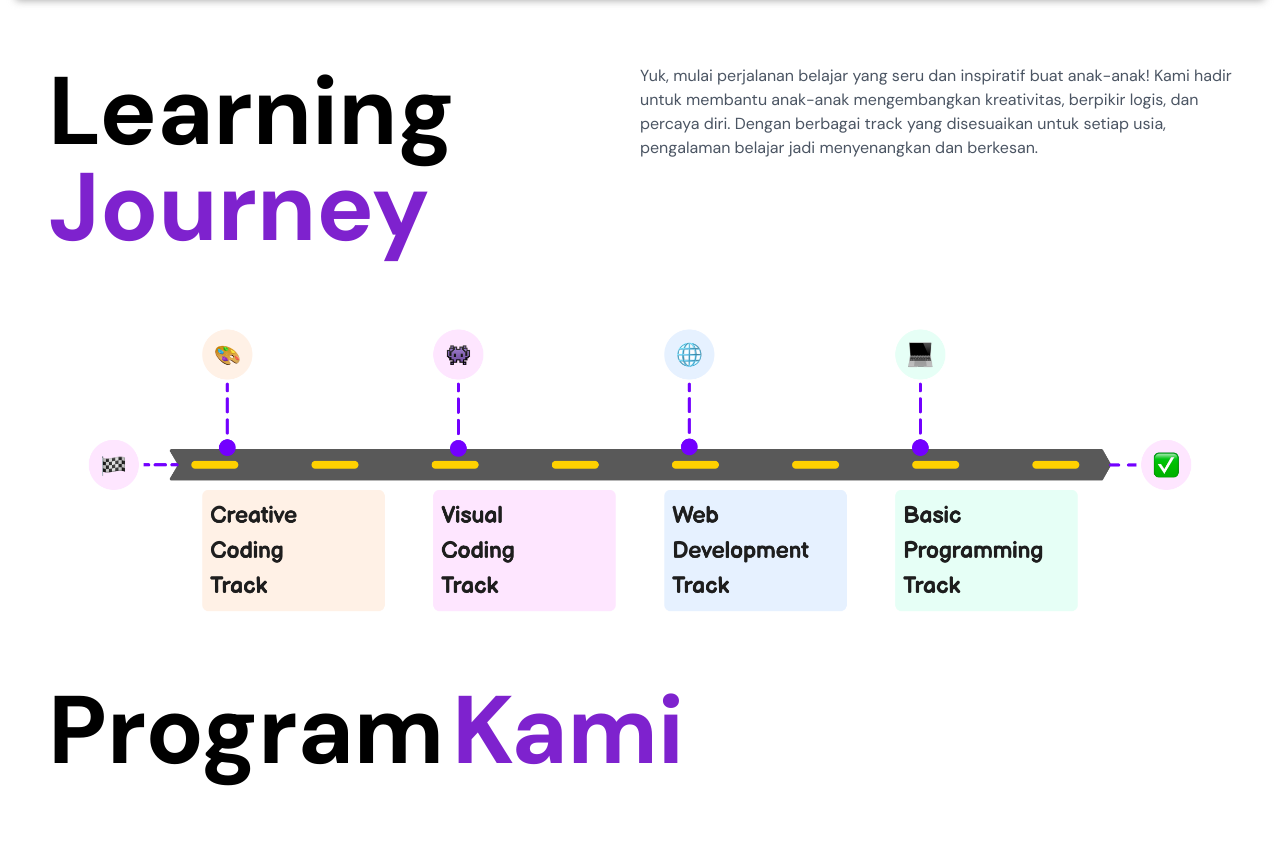
Repository: paskasiregar/ttccomweb
Page: /track/basic-programming
These files come from the project's save history. The page is drawn as it stood at one moment and after the next save; the edit follows.
The browser window is 1280 px wide. The pictures show the part of the page from y = 1528 to 2371 px (the page is 2371 px tall before and 2335 px after).
The project was rebuilt for these pictures with package versions that can differ from the ones it lists, and the page was loaded fresh each time. The framework's server and built-in components were replaced by stand-ins that run in the browser. Also part of the build but not shown: next.config.js, next.config.mjs.

Above is the page before, as saved 2024-11-16 22:59:14.

After the next save:
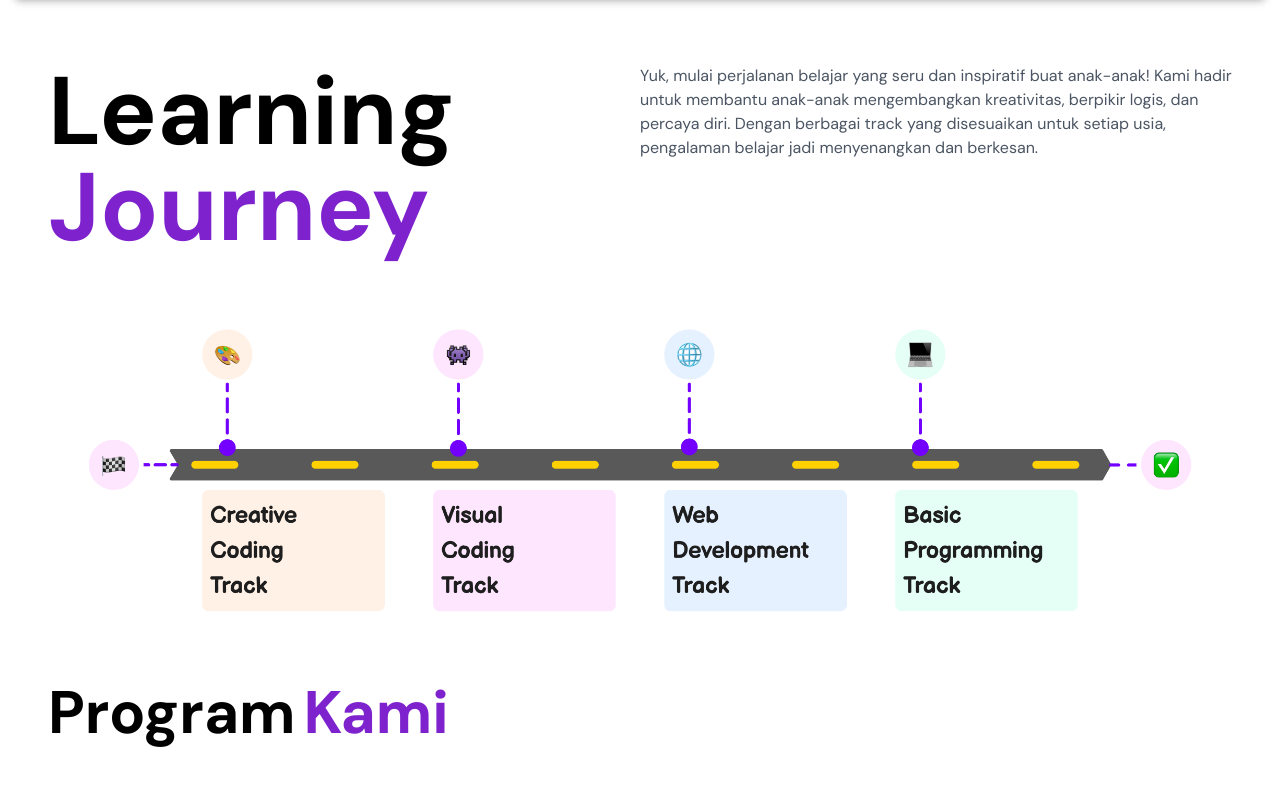
Saved 9 s later.
--- a/src/app/track/[track]/page.js
+++ b/src/app/track/[track]/page.js
@@ -104,7 +104,7 @@ export default function TrackPage() {
 
         {/* Our Program Section */}
         <section className="w-full my-8 px-4 sm:px-8 max-w-container mb-8">
-          <h1 className="text-6xl md:text-8xl font-bold mb-8 flex flex-row items-center space-x-2">
+          <h1 className="text-6xl md:text-6xl font-bold mb-8 flex flex-row items-center space-x-2">
             <span>Program</span>
             <span className="text-purple-700">Kami</span>
           </h1>
